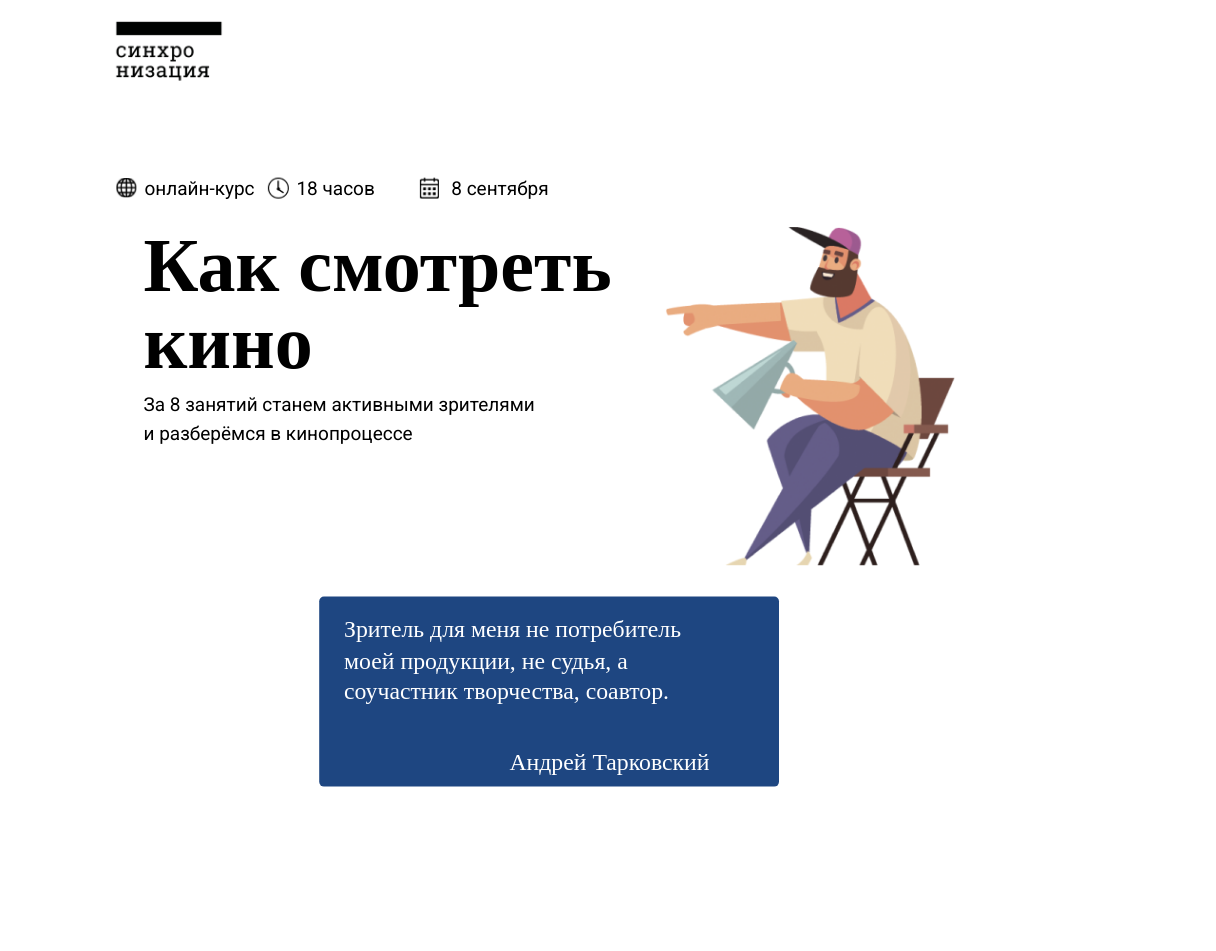
Repository: simralgasimov/task5
Page: index.html
These files come from the project's save history. The page is drawn as it stood at one moment and after a run of saves; the edit follows.
The browser window is 1280 px wide. The pictures show the whole page, at 95% of full size.

Above is the page before, as saved 2023-08-28 13:20:22.

### index.html
<!DOCTYPE html>
<html lang="en">
  <head>
    <meta charset="UTF-8" />
    <meta name="viewport" content="width=device-width, initial-scale=1.0" />
    <title>Document</title>
    <link rel="stylesheet" href="index.css" />
  </head>
  <body>
    <div class="container">
      <div class="logo">
        <img src="./img/logo_mobile_black 1 (1).png" alt="" />
      </div>
      <div class="headline">
        <img src="./img/globe.svg" alt="" />
        <p>онлайн-курс</p>
        <img src="./img/img_135744.png" alt="" />
        <p>18 часов</p>
        <img src="./img/calendar_2.png" alt="" />
        <p>8 сентября</p>
      </div>

      <div class="box">
        <h1>
          Как смотреть кино
          <p>
            За 8 занятий станем активными зрителями и разберёмся в кинопроцессе
          </p>
        </h1>

        <div><img src="./img/noroot 1.png" alt="" /></div>
      </div>

      <div class="box2">
        <p>
          Зритель для меня не потребитель моей продукции, не судья, а соучастник
          творчества, соавтор.
        </p>
        <p>Андрей Тарковский</p>
      </div>
    </div>
  </body>
</html>

### index.css
@import url("https://fonts.googleapis.com/css2?family=Roboto&display=swap");
* {
  padding: 0;
  margin: 0;
  box-sizing: border-box;
}

.container {
  padding: 21px 246px 173px 122px;
}

.logo {
  width: 112px;
  height: 66px;
}

.headline {
  display: flex;
  margin-top: 100px;
}

.headline p {
  width: 130px;
  color: #000;
  font-family: Roboto;
  font-size: 20px;
  font-style: normal;
  font-weight: 400;
  line-height: 115%;
}

.headline img:first-child {
  margin-right: 8px;
  width: 22px;
  height: 21px;
}

.headline img:nth-child(3) {
  margin-right: 8px;
  width: 22px;
  height: 22px;
}

.headline img:nth-child(5) {
  margin-right: 13px;
  width: 20px;
  height: 22px;
}

.box{
    display: flex;
    padding: 29px;

}

.box h1{

    color: #000;
font-family: Roboto Slab;
font-size: 80px;
font-style: normal;
font-weight: 700;
line-height: 101.385%;
}

.box p{
    margin-top: 10px;
width: 414px;
color: #000;
font-family: Roboto;
font-size: 20px;
font-style: normal;
font-weight: 400;
line-height: 150%; /* 30px */
}

.box  div img{
    width: 304px;
height: 356px;

}

.box2{
    margin: auto;


    width: 483.635px;
height: 200px;
border-radius: 5px;
background: #1E4681;
}

.box2 p{
    padding: 19px 18px 23px 26px ;
    width: 430.589px;
    color: #FFF;
font-family: Roboto Slab;
font-size: 25px;
font-style: normal;
font-weight: 400;
line-height: 130%; /* 32.5px */

}

.box2 p:nth-child(2){
    padding-left: 200px;
}

After the next 11 saves:
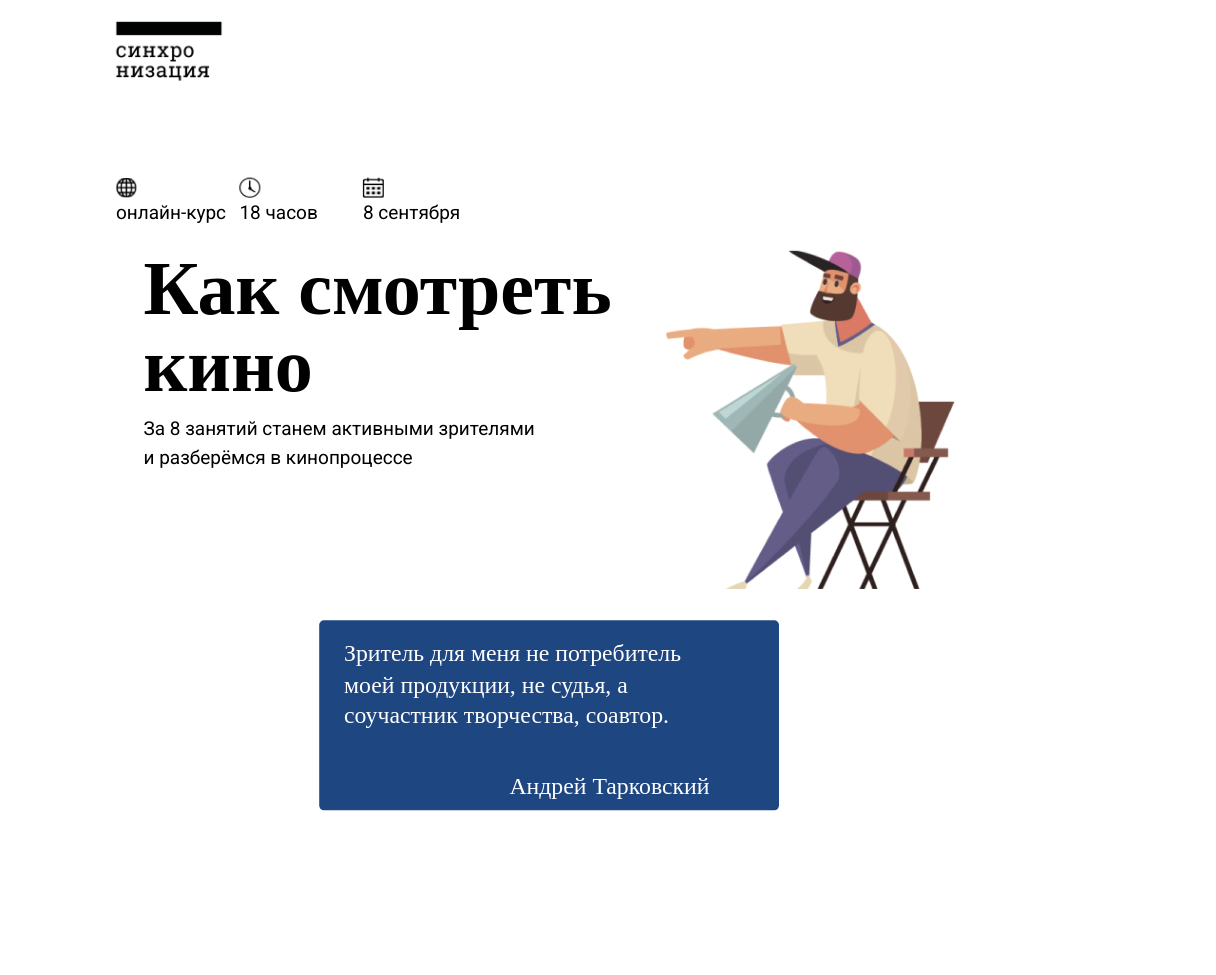
The 11 saves are shown as one change because they came seconds apart.
The last was saved 68 s later.
--- a/index.html
+++ b/index.html
@@ -12,12 +12,18 @@
         <img src="./img/logo_mobile_black 1 (1).png" alt="" />
       </div>
       <div class="headline">
-        <img src="./img/globe.svg" alt="" />
-        <p>онлайн-курс</p>
-        <img src="./img/img_135744.png" alt="" />
-        <p>18 часов</p>
-        <img src="./img/calendar_2.png" alt="" />
-        <p>8 сентября</p>
+        <div>
+          <img src="./img/globe.svg" alt="" />
+          <p>онлайн-курс</p>
+        </div>
+        <div>
+          <img src="./img/img_135744.png" alt="" />
+          <p>18 часов</p>
+        </div>
+        <div>
+          <img src="./img/calendar_2.png" alt="" />
+          <p>8 сентября</p>
+        </div>
       </div>
 
       <div class="box">
